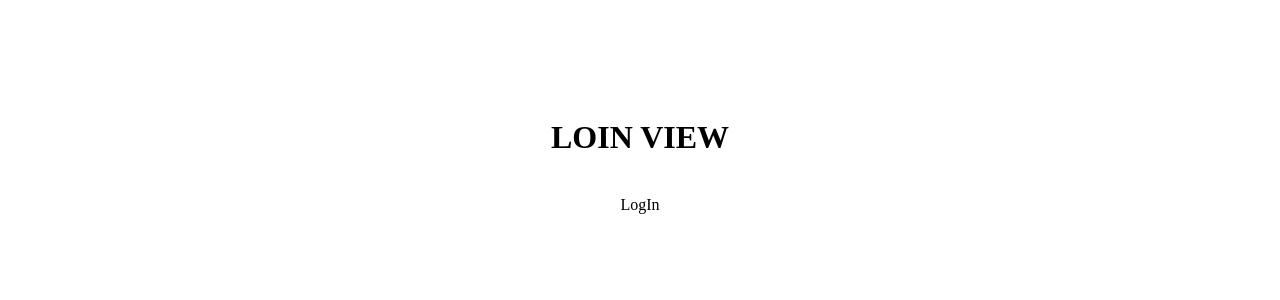
Repository: paras7974/project03practical
Page: http://localhost/proj003/LoginView.jsp
These files come from the project's save history. The page is drawn as it stood at one moment and after the next save; the edit follows.
The browser window is 1280 px wide. The pictures show the whole page.
The page is served by Tomcat 9. Other server files are loaded and not shown.

Above is the page before, as saved 2023-11-29 10:21:15.

### project3prac/proj003/src/main/webapp/LoginView.jsp
<%@ page language="java" contentType="text/html; charset=ISO-8859-1"
    pageEncoding="ISO-8859-1"%>
<!DOCTYPE html>
<html>
<head>
<meta charset="ISO-8859-1">
<title>Insert title here</title>
</head>
<body>
   <form action="LoginCtl" method="post">

   <br><br><br><br><br>
   <div align="center">
   <h1>LOIN VIEW</h1>
   <table>
   <br>
       <div>
           <label>LogIn</label>
       </div>



   </table>
   </div>

   </form>
</body>
</html>

After the next save:
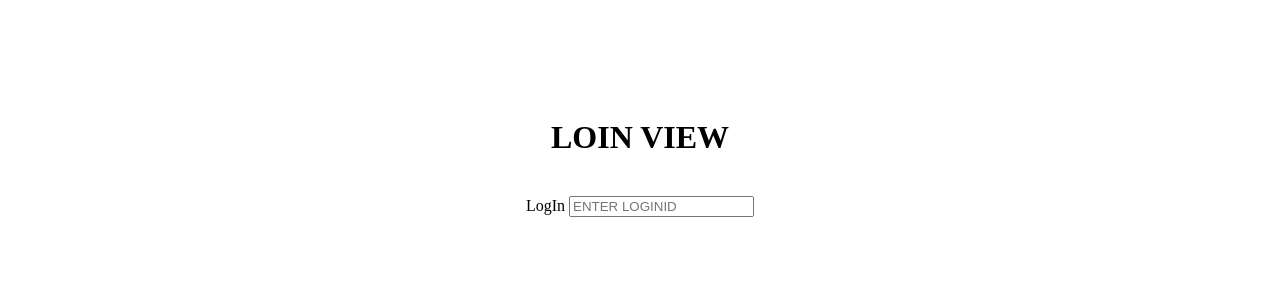
Saved 67 s later.
--- a/project3prac/proj003/src/main/webapp/LoginView.jsp
+++ b/project3prac/proj003/src/main/webapp/LoginView.jsp
@@ -16,6 +16,7 @@
    <br>
        <div>
            <label>LogIn</label>
+           <input type="text" name = "login" placeholder="ENTER LOGINID">
        </div>
 
 
